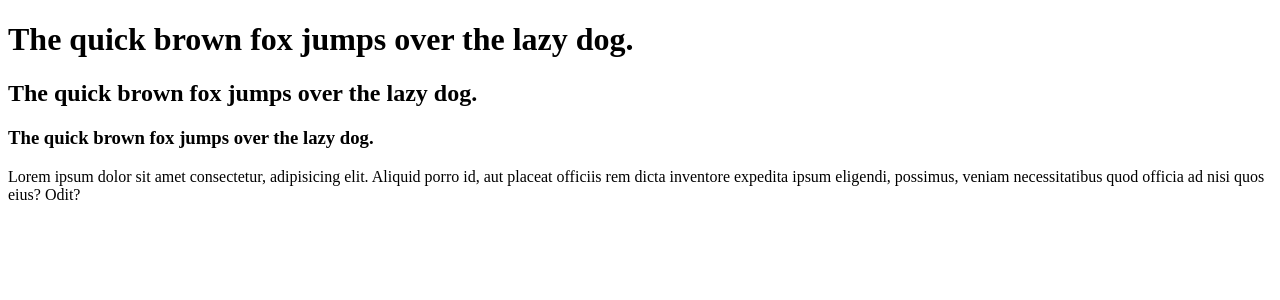
Repository: PhilipMuturi/website
Page: website/index.html
The author's editor kept a copy of each file at every save. The page is drawn from the files as they stood at one save, then again after the next save.
The browser window is 1280 px wide. The pictures show the whole page.

Above is the page before, as saved 2023-11-29 08:56:40.

### website/index.html
<!DOCTYPE html>
<html>
    <head>
        <title>My first website</title>
    </head>
    <body>
        <h1>The quick brown fox jumps over the lazy dog.</h1>
        <h2>The quick brown fox jumps over the lazy dog.</h2>
        <h3>The quick brown fox jumps over the lazy dog.</h3>
        <p>Lorem ipsum dolor sit amet consectetur, adipisicing elit. Aliquid porro id, aut placeat officiis rem dicta inventore expedita ipsum eligendi, possimus, veniam necessitatibus quod officia ad nisi quos eius? Odit?</p>
    </body>
</html>

After the next save:
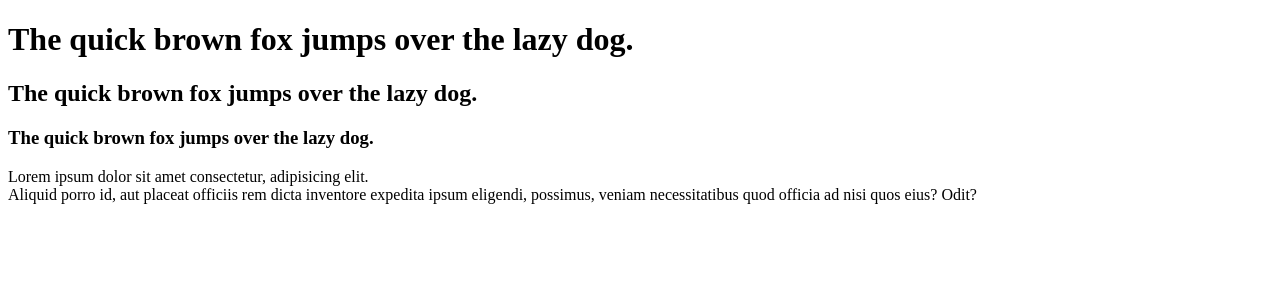
Saved 105 min 25 s later.
--- a/website/index.html
+++ b/website/index.html
@@ -7,6 +7,6 @@
         <h1>The quick brown fox jumps over the lazy dog.</h1>
         <h2>The quick brown fox jumps over the lazy dog.</h2>
         <h3>The quick brown fox jumps over the lazy dog.</h3>
-        <p>Lorem ipsum dolor sit amet consectetur, adipisicing elit. Aliquid porro id, aut placeat officiis rem dicta inventore expedita ipsum eligendi, possimus, veniam necessitatibus quod officia ad nisi quos eius? Odit?</p>
+        <p>Lorem ipsum dolor sit amet consectetur, adipisicing elit.<br>Aliquid porro id, aut placeat officiis rem dicta inventore expedita ipsum eligendi, possimus, veniam necessitatibus quod officia ad nisi quos eius? Odit?</p>
     </body>
 </html>
